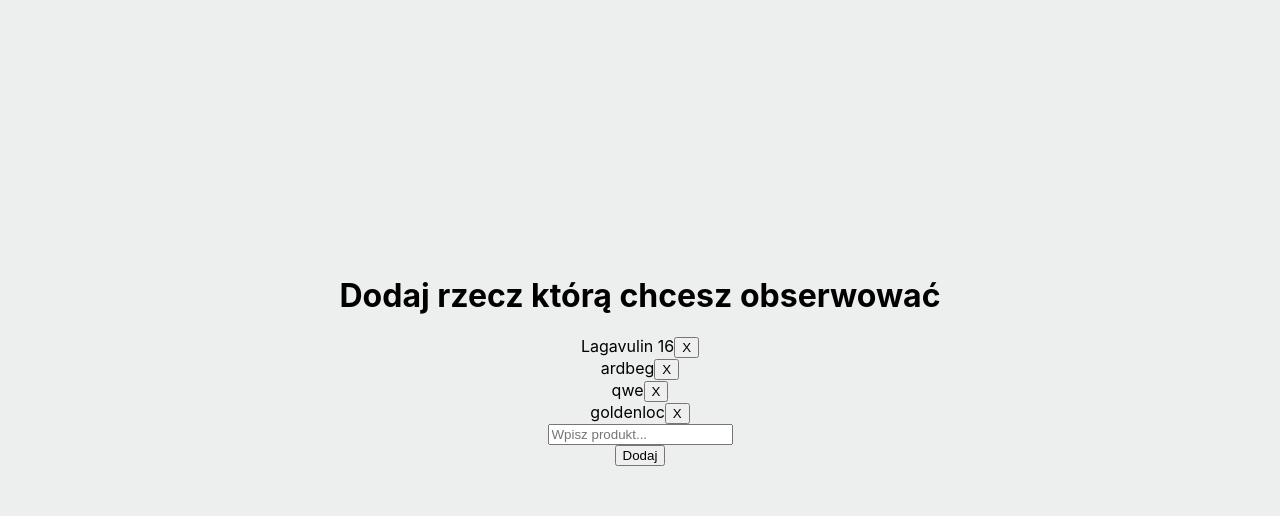
Repository: matedoo/crawler
Page: /MainApp
These files come from the project's save history. The page is drawn as it stood at one moment and after the next save; the edit follows.
The browser window is 1280 px wide. The pictures show the whole page.
The project was rebuilt for these pictures with package versions that can differ from the ones it lists, and the page was loaded fresh each time. Requests to the local data server were answered from the project's data file. Also part of the build but not shown: src/Components/button.js, src/Components/LoginComponents/LoginApp.js, src/Components/LoginComponents/RegisterApp.js, src/Components/btnContainer.js, src/Components/heading.js, src/Components/LoginComponents/StartApp.js.

Above is the page before, as saved 2020-04-28 21:55:50.

After the next save:
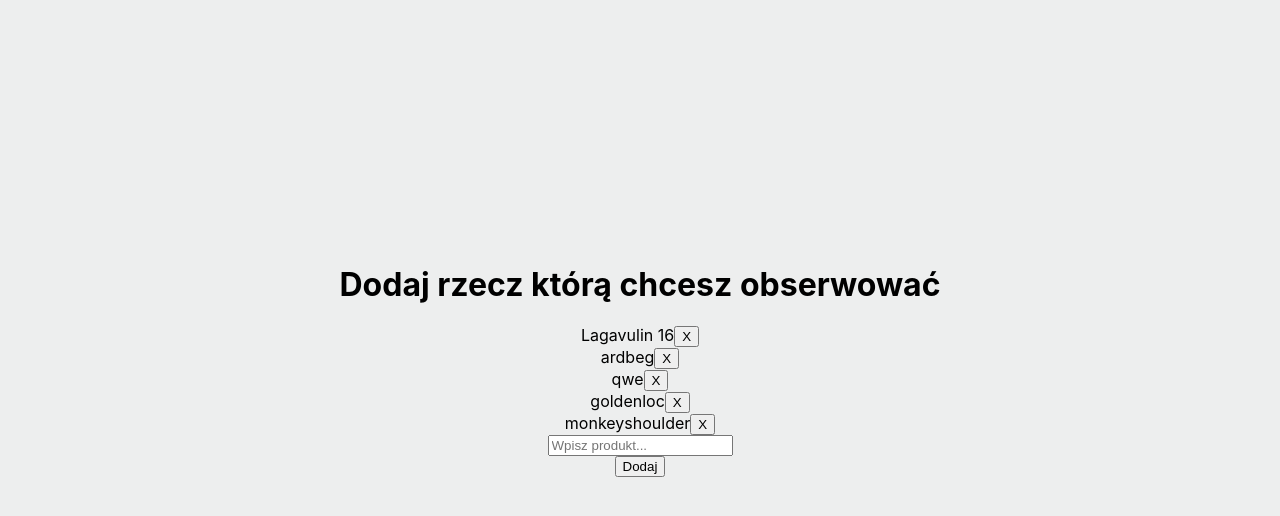
Saved 40 s later.
--- a/db.json
+++ b/db.json
@@ -15,6 +15,10 @@
     {
       "title": "goldenloc",
       "id": 6
+    },
+    {
+      "title": "monkeyshoulder",
+      "id": 7
     }
   ]
 }
